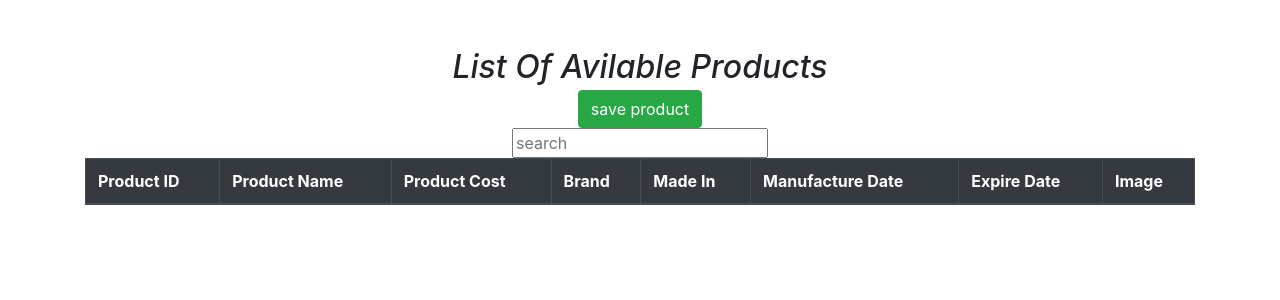
Repository: kamisettiprasanna/AdvJavaPrograms
Page: http://localhost/ProductManagementApp/productList.jsp
These files come from the project's save history. The page is drawn as it stood at one moment and after the next save; the edit follows.
The browser window is 1280 px wide. The pictures show the whole page.
The page is served by Tomcat 9. Queries for data that is not in the repository find no rows.

Above is the page before, as saved 2024-03-06 06:43:31.

After the next save:
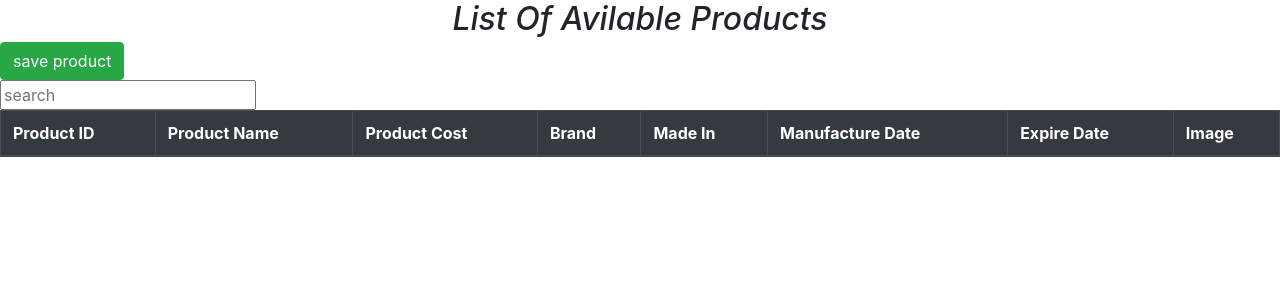
Saved 39 s later.
--- a/ProductManagementApp/src/main/webapp/productList.jsp
+++ b/ProductManagementApp/src/main/webapp/productList.jsp
@@ -13,9 +13,9 @@
 
 </head>
 <body>
-<div class="container mt-5 text-center">
+<div>
         <h2 class="text-center font-italic mb-1">List Of Avilable Products  </h2>
-
+    </div>
 
    <div>
  <input type="submit" class="btn btn-success" value="save product"/>
